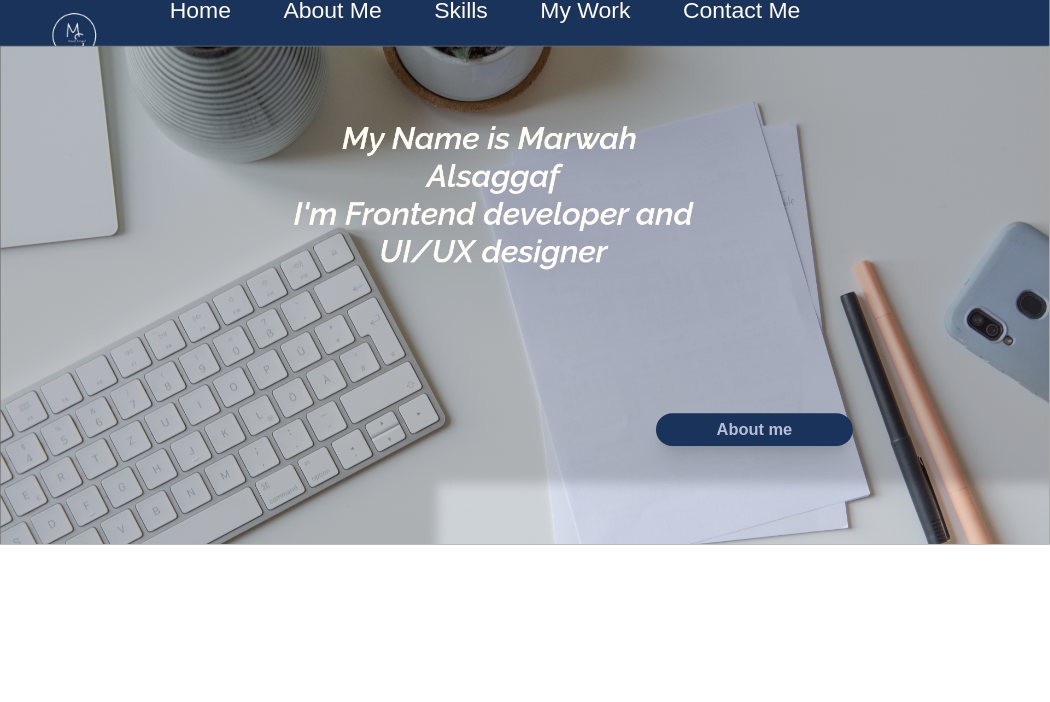
Repository: MEROO1010/my_portfolio
Page: /
An editor plug-in stored every save of this project. The page is shown before and after the next save, followed by the edit.
The browser window is 1280 px wide. The pictures show the whole page, at 82% of full size.
The project was rebuilt for these pictures with package versions that can differ from the ones it lists, and the page was loaded fresh each time. The framework's server and built-in components were replaced by stand-ins that run in the browser. Also part of the build but not shown: next.config.js.

Above is the page before, as saved 2023-03-10 01:54:04.

After the next save:
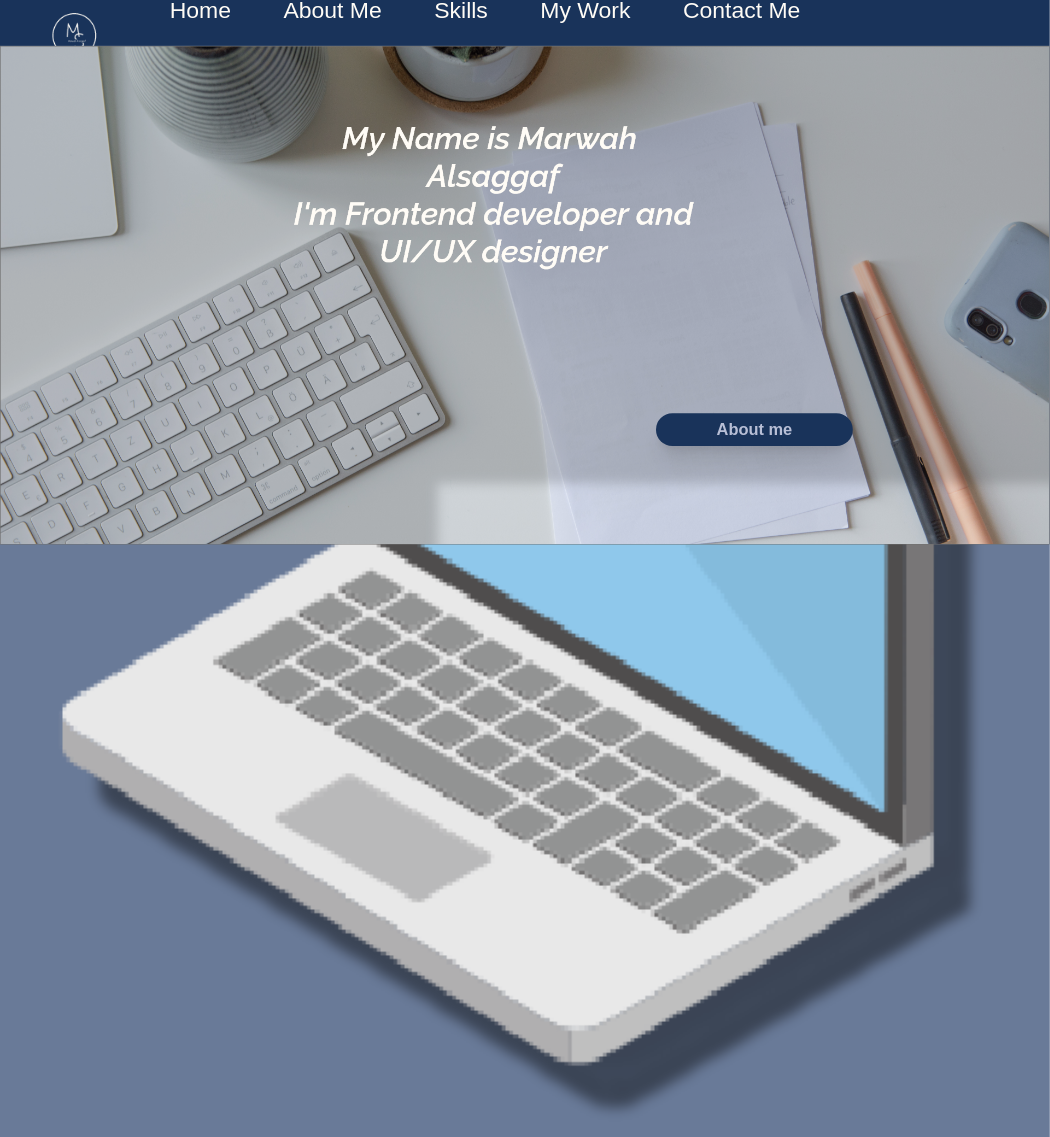
Saved 2 min 4 s later.
--- a/pages/components/AboutMe.tsx
+++ b/pages/components/AboutMe.tsx
@@ -1,8 +1,13 @@
 import React from 'react'
+import Image from 'next/image'
+
 
 const AboutMe = () => {
   return (
     <div className="bg-[#697A98]">
+        <div>
+        <Image src="/assets/images/laptop-screen.png" alt="Header" width={2000} height={0}/>
+        </div>
 
     </div>
   )

After the save that followed:
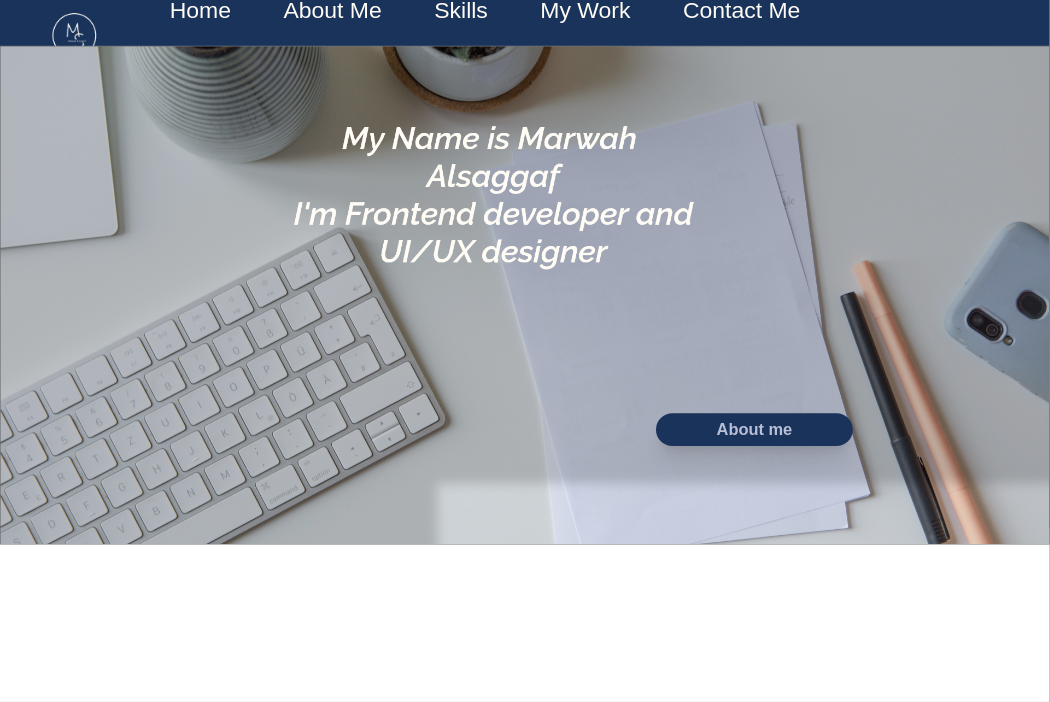
Saved 24 s later.
--- a/pages/components/AboutMe.tsx
+++ b/pages/components/AboutMe.tsx
@@ -6,7 +6,7 @@
   return (
     <div className="bg-[#697A98]">
         <div>
-        <Image src="/assets/images/laptop-screen.png" alt="Header" width={2000} height={0}/>
+        <Image src="/assets/images/laptop-screen.png" alt="Header" width={542} height={542}/>
         </div>
 
     </div>
